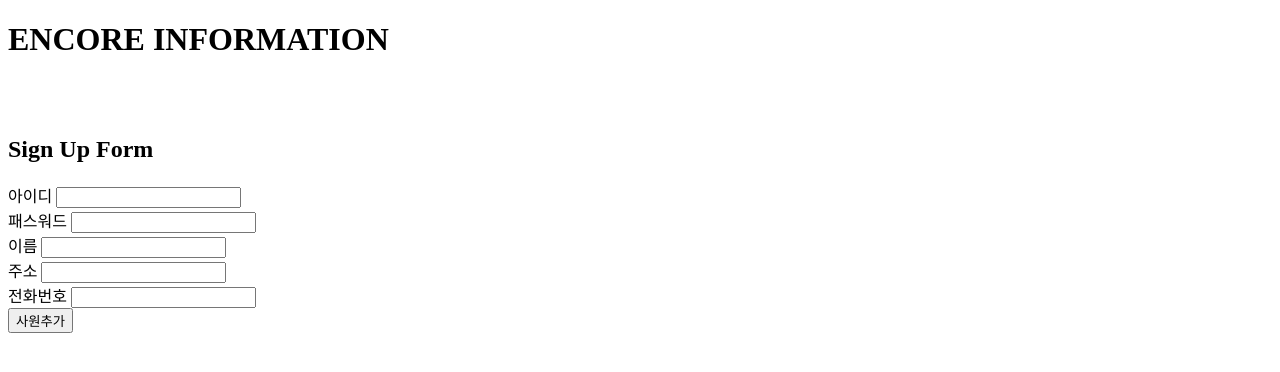
Repository: KangHoi/encore_vueWorkspace
Page: vue03_Event/WebContent/vue10_example.html
These files come from the project's save history. The page is drawn as it stood at one moment and after the next save; the edit follows.
The browser window is 1280 px wide. The pictures show the whole page.

Above is the page before, as saved 2021-07-13 00:45:38.

### vue03_Event/WebContent/vue10_example.html
<!DOCTYPE html>
<html>
<head>
<meta charset="UTF-8">
<title>Insert title here</title>
<script src="https://cdn.jsdelivr.net/npm/vue/dist/vue.js"></script>
</head>
<body>

	<h1> ENCORE INFORMATION </h1>
	<br><br>
	<h2> Sign Up Form </h2>
	아이디 <input type="text"><br>
	패스워드 <input type="text"><br>
	이름 <input type="text"><br>
	주소 <input type="text"><br>
	전화번호 <input type="text"><br>
	<button> 사원추가 </button>

<script>

</script>
</body>
</html>

After the next save:
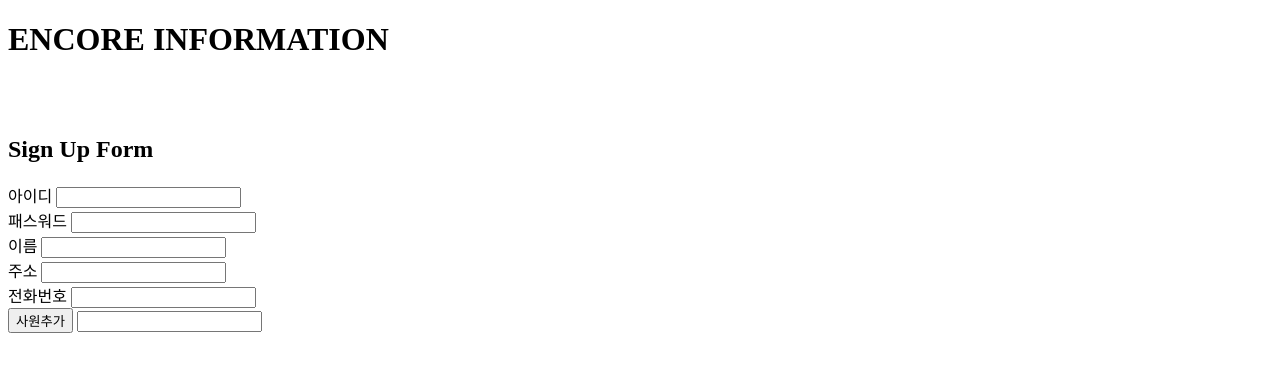
Saved 17 s later.
--- a/vue03_Event/WebContent/vue10_example.html
+++ b/vue03_Event/WebContent/vue10_example.html
@@ -15,7 +15,7 @@
 	이름 <input type="text"><br>
 	주소 <input type="text"><br>
 	전화번호 <input type="text"><br>
-	<button> 사원추가 </button>
+	<button>사원추가</button> <input type="text">
 
 <script>
 
